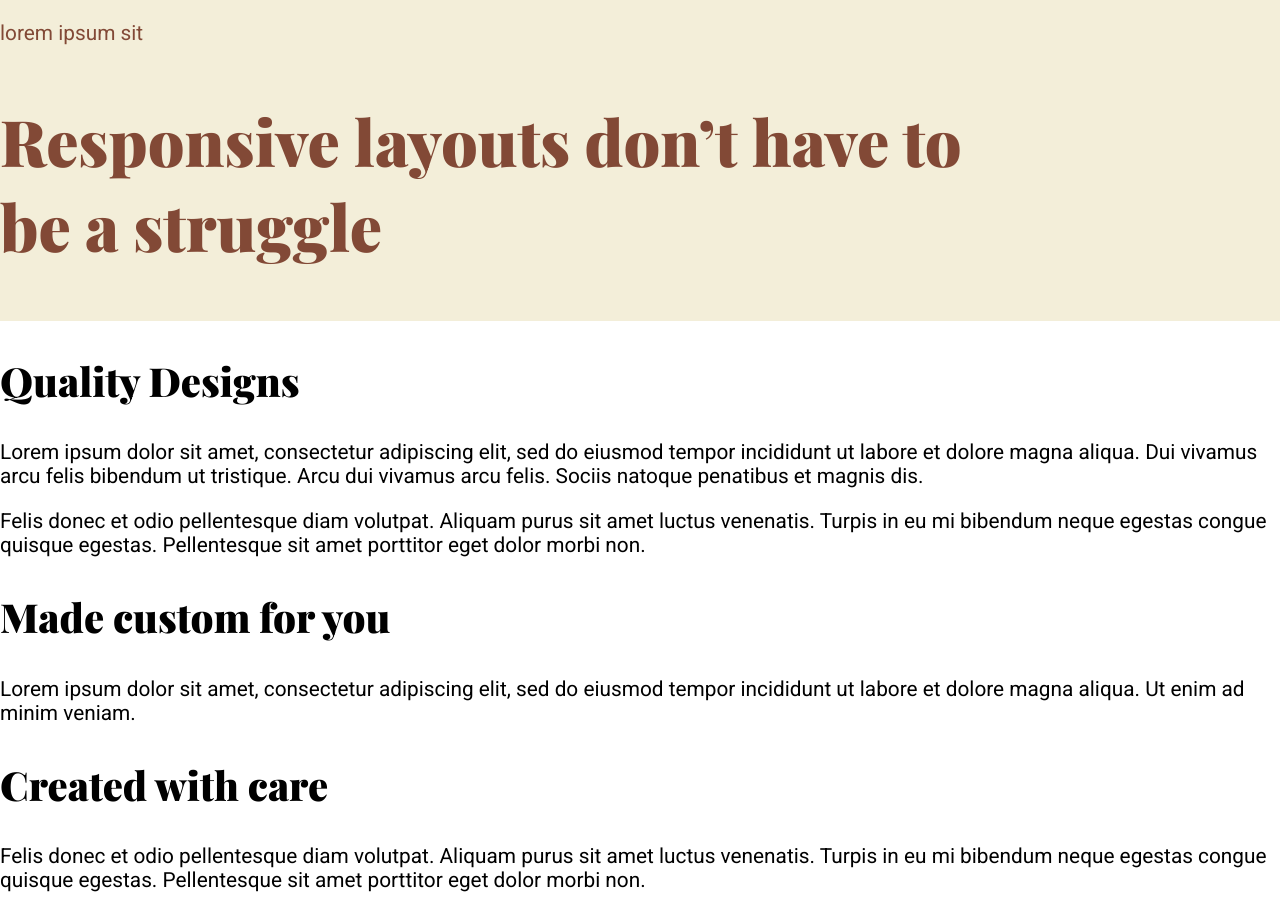
Repository: GregG21/Kevin-Powell-21-day-challange
Page: Day 12/index.html
These files come from the project's save history. The page is drawn as it stood at one moment and after the next save; the edit follows.
The browser window is 1280 px wide. The pictures show the whole page.
The style sheet was rebuilt from its Sass, Less or Tailwind sources for each picture, by a compiler version that may differ from the author's.

Above is the page before, as saved 2020-09-11 19:59:55.

After the next save:
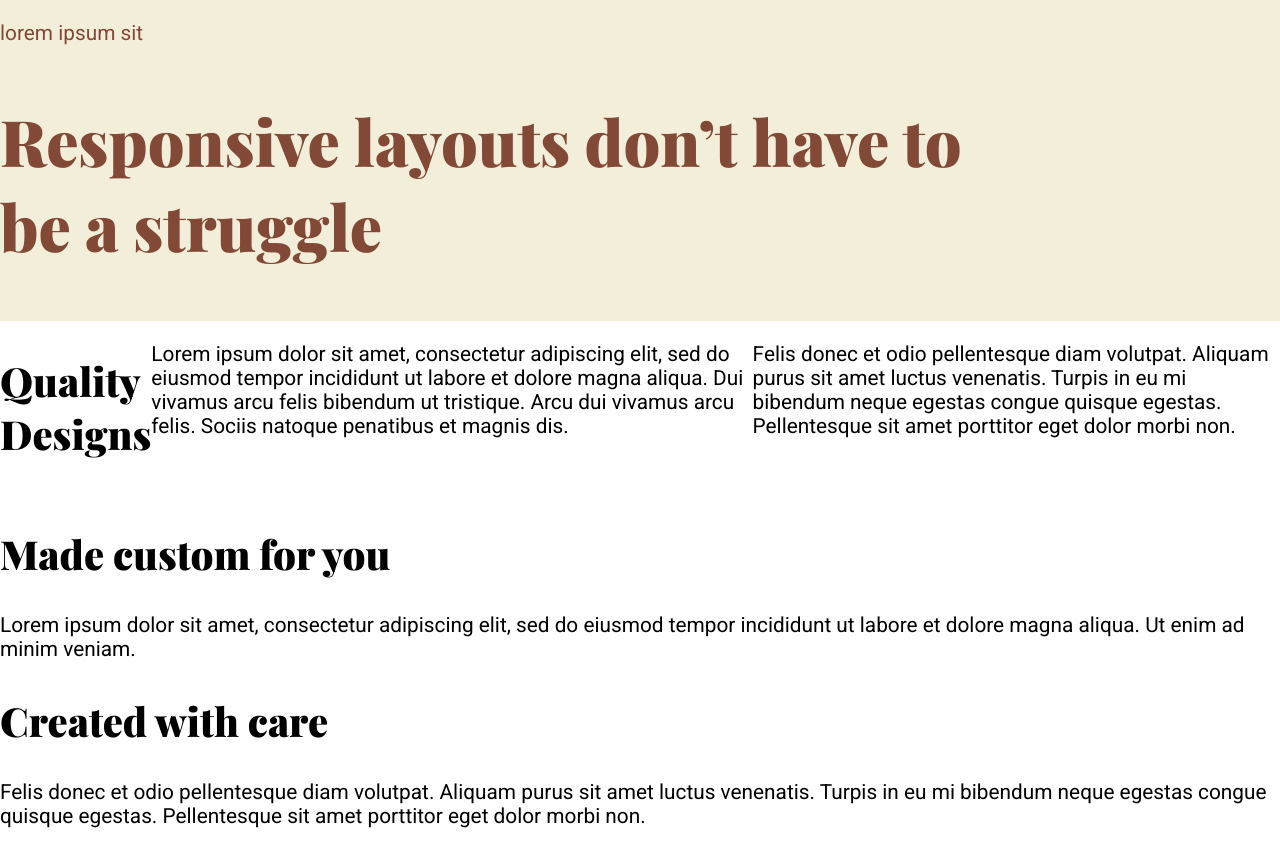
Saved 49 s later.
--- a/Day 12/index.html
+++ b/Day 12/index.html
@@ -21,7 +21,7 @@
     </section>
 
     <main>
-      <section>
+      <section class="display-flex">
         <h2>Quality Designs</h2>
         <p>
           Lorem ipsum dolor sit amet, consectetur adipiscing elit, sed do
